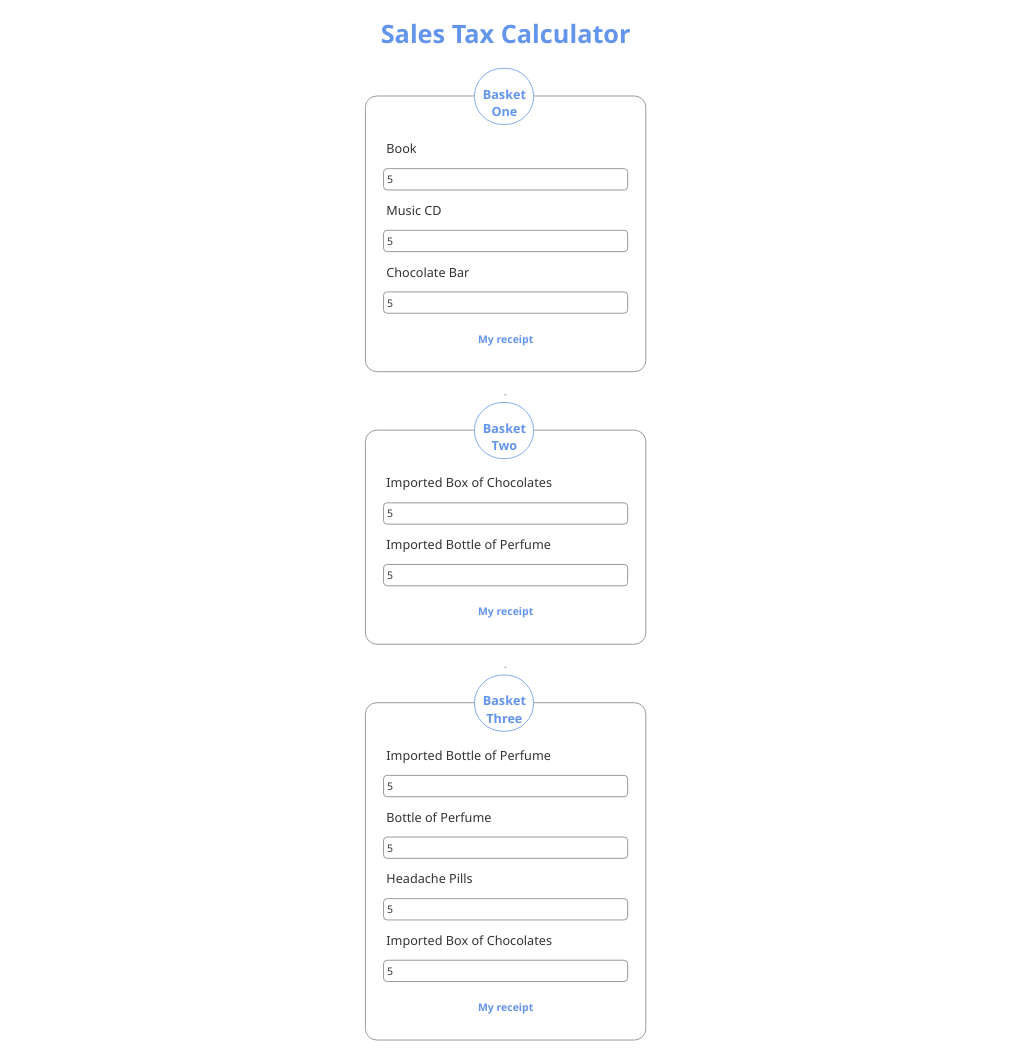
Repository: duzzisantos/sales-tax
Page: index.html
The author's editor kept a copy of each file at every save. The page is drawn from the files as they stood at one save, then again after the next save.
The browser window is 1280 px wide. The pictures show the whole page, at 79% of full size.
Empty fields were first filled with sample values (such as "Sample", 5 or name@example.com).
After loading, the first visible `#book` was changed once.

Above is the page before, as saved 2022-05-25 22:37:59.
Console error: TypeError: Cannot set properties of null (setting 'value')

### index.html
<!DOCTYPE html>
<html lang="en">

<head>
    <meta charset="UTF-8">
    <meta http-equiv="X-UA-Compatible" content="IE=edge">
    <meta name="viewport" content="width=device-width, initial-scale=1.0">
    <link href="style.css" rel="stylesheet">
    <title>Sales Tax Calculator</title>
</head>

<body>
    <h1>Sales Tax Calculator</h1>
    <section id="container">
        <fieldset>
            <legend>
                <h4>Basket One</h4>
            </legend>
            <form class="formOne">
                <label for="book">Book</label>
                <input id="book" type="number" name="book" onchange="basketOne()" />
                <label for="musicCD">Music CD</label>
                <input id="musicCD" type="number" name="musicCD" onchange="basketOne()" />
                <label for="chocolateBar">Chocolate Bar</label>
                <input id="chocolateBar" type="number" name="chocolateBar" onchange="basketOne()" />
            </form>
            <h5>My receipt</h5>
            <span id="listOne">

                </>
        </fieldset>
        <hr>

        <fieldset>
            <legend>
                <h4>Basket Two</h4>
            </legend>

            <label for="imported-box-chocolate">Imported Box of Chocolates</label>
            <input id="imported-box-chocolate" type="number" name="imported-box-chocolate" onchange="basketTwo()" />
            <label for="imported-perfume">Imported Bottle of Perfume</label>
            <input id="imported-perfume" type="number" name="imported-perfume" onchange="basketTwo()" />

            <h5>My receipt</h5>
            <span id="listTwo">

            </span>
        </fieldset>
        <hr>

        <fieldset>
            <legend>
                <h4>Basket Three</h4>
            </legend>

            <label for="imported-perfume2">Imported Bottle of Perfume</label>
            <input id="imported-perfume2" type="number" name="imported-perfume2" onchange="basketThree()" />
            <label for="bottle-perfume">Bottle of Perfume</label>
            <input id="bottle-perfume" type="number" name="bottle-perfume" onchange="basketThree()" />
            <label for="pills">Headache Pills</label>
            <input id="pills" type="number" name="pills" onchange="basketThree()" />
            <label for="imported-box-chocolate2">Imported Box of Chocolates</label>
            <input id="imported-box-chocolate2" type="number" name="imported-box-chocolate2" onchange="basketThree()" />

            <h5>My receipt</h5>
            <span id="listThree">

            </span>
        </fieldset>
    </section>
</body>
<script src="first.js"></script>
<script src="second.js"></script>
<script src="third.js"></script>
<script src="index.js"></script>

</html>

### style.css
*{
    color: rgb(0,0,0,0.8);
    font-family: 'Segoe UI', Tahoma, Geneva, Verdana, sans-serif;
}

#container{
    display: flex;
    flex-direction: column;
    align-items: center;
    justify-content: center;
    bottom: 0;
}

fieldset{
    height: fit-content;
    width: 20%;
    border: 1px solid grey;
    border-radius: 15px;
    margin-bottom: 20px;
}

legend{
    height: 70px;
    width: 70px;
    border: 1px solid cornflowerblue;
    border-radius: 50px;
    margin-left: 38%;
}

legend h4, h5, h1{
    text-align: center;
    color: cornflowerblue;
}
label, input{
    display: block;
    margin: 10px;
    padding: 4px;
}

input{
    width: 300px;
    border-radius: 5px;
    border: 1px solid grey;
}

span{
    text-align: center;
}

### first.js
//Variables for tax rate
let taxFree = 0;
let basicTax = 10;
let importDuty = 5;

//imported basic taxable items attract an extra non-negotiable tax rate of 5%, therefore 10% + 5% = 15%
let basicPlusImportDuty = basicTax + importDuty;

//An app that computes the first basket of goods
const basketOne = () => {
  let book = document.getElementById("book").value;
  let musicCD = document.getElementById("musicCD").value;
  let chocolateBar = document.getElementById("chocolateBar").value;

  // The plus sign is used in front of every variable to indicate to JavaScript that they are numerical values
  // Without this, they would become concatenated strings

  //these are the sums of the items and their taxes
  let bookPlusTax = +taxFree * +book + +book;
  let musicCDPlusTax = (basicTax * +musicCD) / 100 + +musicCD;
  let chocolateBarPlusTax = +taxFree * +chocolateBar + +chocolateBar;

  //this computes the total price paid by the customer
  let netPayment = +bookPlusTax + +musicCDPlusTax + +chocolateBarPlusTax;
  document.getElementById("total").value = netPayment.toFixed(2);

  //this computes the total sales tax generated
  let totalTaxes =
    bookPlusTax -
    book +
    (musicCDPlusTax - musicCD) +
    (chocolateBarPlusTax - chocolateBar);

  //Math.ceil and toFixed method helps us round up to the nearest 0.05
  let roundedTax = (
    Math.ceil(totalTaxes * 20) / 20
  ).toFixed(2);

  //Receipt list
  const listOne = document.getElementById("listOne");
  listOne.innerHTML = `<br>1 book: ${bookPlusTax}<br>1 music CD: ${musicCDPlusTax}<br>1
  chocolate bar: ${chocolateBarPlusTax}<br>Sales Tax: ${roundedTax}<br><b>Total: ${netPayment.toFixed(2)}</b><br>`;
};

### second.js
//Variables for tax rate
let basicTax2 = 10;
let importDuty2 = 5;

//imported basic taxable items attract an extra non-negotiable tax rate of 5%, therefore 10% + 5% = 15%
let basicPlusImportDuty2 = basicTax2 + importDuty2;

//An app that computes the second basket of goods
const basketTwo = () => {
  let importedChocolate = document.getElementById(
    "imported-box-chocolate"
  ).value;
  let importedPerfume2 = document.getElementById("imported-perfume").value;

  // The plus sign is used in front of every variable to indicate to JavaScript that they are numerical values
  // Without this, they would become concatenated strings

  //these are the sums of the imported items and their taxes
  let importedChocolatePlusTax =
    (importDuty2 * +importedChocolate) / 100 + +importedChocolate;
  let importedPerfume2PlusTax =
    (basicPlusImportDuty2 * +importedPerfume2) / 100 + +importedPerfume2;

  //Math.ceil and toFixed method helps us round up to the nearest 0.05
  //this computes the total price paid by the customer
  let netPayment = +importedChocolatePlusTax + +importedPerfume2PlusTax;
  document.getElementById("total2").value = (
    Math.ceil(netPayment * 20) / 20
  ).toFixed(2);

  //this computes the total sales tax generated
  let totalTaxes =
    (importDuty2 * +importedChocolate) / 100 +
    (basicPlusImportDuty2 * +importedPerfume2) / 100;
  document.getElementById("sales-taxes2").value = (
    Math.ceil(totalTaxes * 20) / 20
  ).toFixed(2);
};

### third.js
//Variables for tax rate
let taxFree3 = 0;
let basicTax3 = 10;
let importDuty3 = 5;
let basicPlusImportDuty3 = basicTax3 + importDuty3;


//App that computes the third basket of goods
const basketThree = () => {
    let importedPerfume2 = document.getElementById("imported-perfume2").value;
    let bottlePerfume = document.getElementById("bottle-perfume").value;
    let pills = document.getElementById("pills").value;
    let importedChocolate2 = document.getElementById("imported-box-chocolate2").value;


    //    // The plus sign is used in front of every variable to indicate to JavaScript that they are numerical values
     // Without this, they would become concatenated strings

    //these are the sums of the imported items and their taxes
    let importedPerfume2PlusTax = (basicPlusImportDuty3 * +importedPerfume2) / 100 + +importedPerfume2;
    let bottlePerfumePlusTax =
      (basicTax3 * +bottlePerfume) / 100 + +bottlePerfume;
    let pillsPlusTax = (taxFree3 * +pills) + +pills;
    let importedChocolate2PlusTax =
      (importDuty3 * +importedChocolate2) / 100 + +importedChocolate2;

    //Math.ceil and toFixed method helps us round up to the nearest 0.05
    //This computes the prices plus their taxes
    let netPayment =
      importedPerfume2PlusTax +
      bottlePerfumePlusTax +
      pillsPlusTax +
      importedChocolate2PlusTax;
    document.getElementById("total3").value = (Math.ceil(netPayment * 20) / 20).toFixed(2);

    //this computes the total taxes generated from selling basket three
    let totalTaxes =
      importedPerfume2PlusTax -
      importedPerfume2 +
      (bottlePerfumePlusTax - bottlePerfume) +
      (pillsPlusTax - pills) +
      (importedChocolate2PlusTax - importedChocolate2);

    document.getElementById("sales-taxes3").value = (
        Math.ceil(totalTaxes * 20) / 20
      ).toFixed(2);
  };

### index.js
//This is responsible for the DOM Manipulation
//This helps the user to display a simple receipt

After the next save:
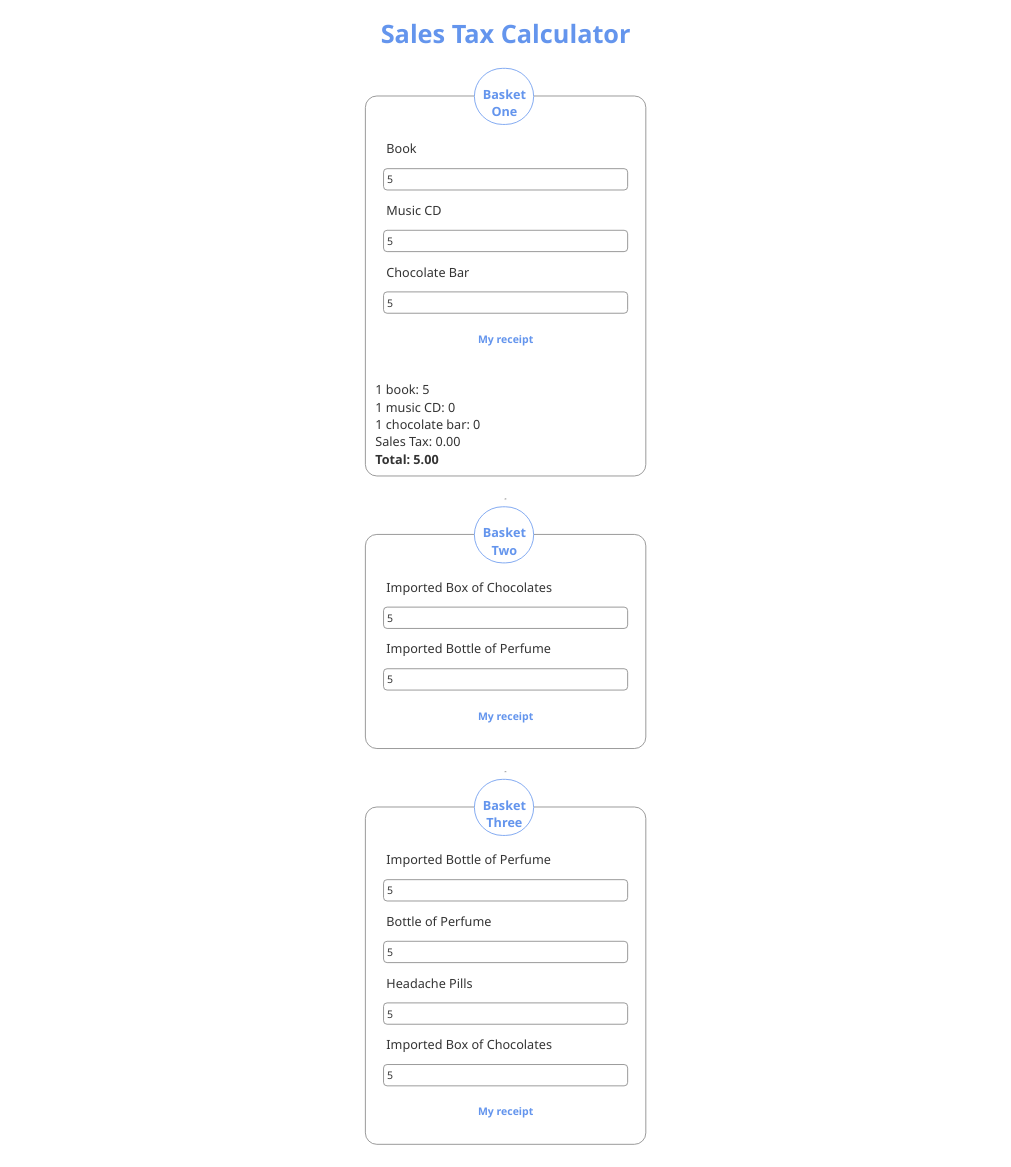
The error is gone.
Saved 51 s later.
--- a/first.js
+++ b/first.js
@@ -22,7 +22,7 @@ const basketOne = () => {
 
   //this computes the total price paid by the customer
   let netPayment = +bookPlusTax + +musicCDPlusTax + +chocolateBarPlusTax;
-  document.getElementById("total").value = netPayment.toFixed(2);
+  let roundedPayment = netPayment.toFixed(2)
 
   //this computes the total sales tax generated
   let totalTaxes =
@@ -32,12 +32,12 @@ const basketOne = () => {
     (chocolateBarPlusTax - chocolateBar);
 
   //Math.ceil and toFixed method helps us round up to the nearest 0.05
-  let roundedTax = (
-    Math.ceil(totalTaxes * 20) / 20
-  ).toFixed(2);
+  let roundedTax = (Math.ceil(totalTaxes * 20) / 20).toFixed(2);
 
   //Receipt list
   const listOne = document.getElementById("listOne");
   listOne.innerHTML = `<br>1 book: ${bookPlusTax}<br>1 music CD: ${musicCDPlusTax}<br>1
-  chocolate bar: ${chocolateBarPlusTax}<br>Sales Tax: ${roundedTax}<br><b>Total: ${netPayment.toFixed(2)}</b><br>`;
+  chocolate bar: ${chocolateBarPlusTax}<br>Sales Tax: ${roundedTax}<br><b>Total: ${netPayment.toFixed(
+    2
+  )}</b><br>`;
 };
